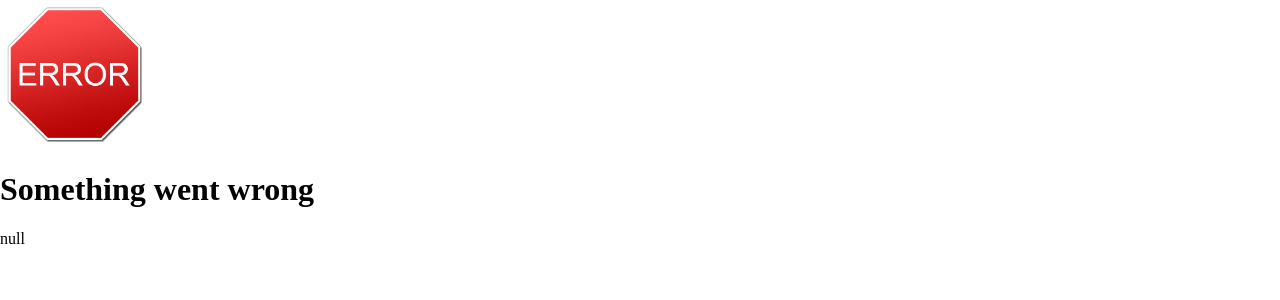
Repository: AhimshaMudbari/JSP_and_Servlet
Page: http://localhost/ExceptionHandlingJSP/Error.jsp
These files come from the project's save history. The page is drawn as it stood at one moment and after the next save; the edit follows.
The browser window is 1280 px wide. The pictures show the whole page.
The page is served by Tomcat 9.

Above is the page before, as saved 2022-06-12 07:48:19.

After the next save:
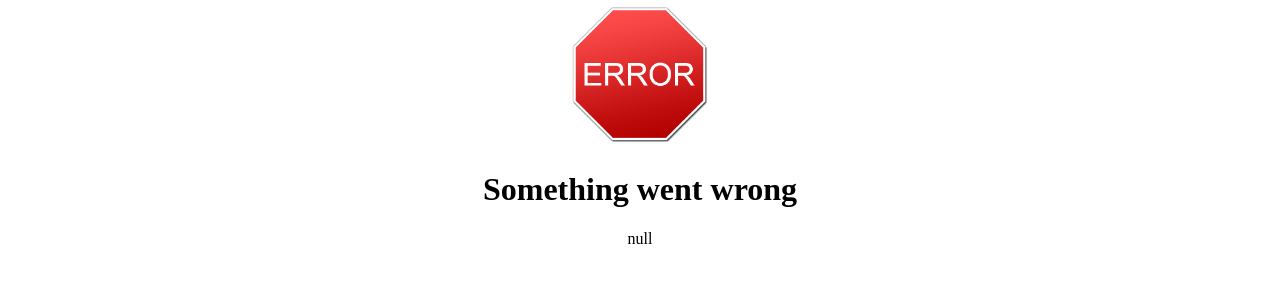
Saved 17 s later.
--- a/ExceptionHandlingJSP/src/main/webapp/Error.jsp
+++ b/ExceptionHandlingJSP/src/main/webapp/Error.jsp
@@ -8,7 +8,7 @@
 <title>Insert title here</title>
 </head>
 <body style="margin: auto;">
-<div style="display:flex; justify-content: space-around; flex-direction:column; ">
+<div style="display:flex; justify-content: space-around; flex-direction:column; align-items: center ">
 <img src="err.png" height=150 width=150>
 <h1>Something went wrong</h1>
 <%= exception %>
